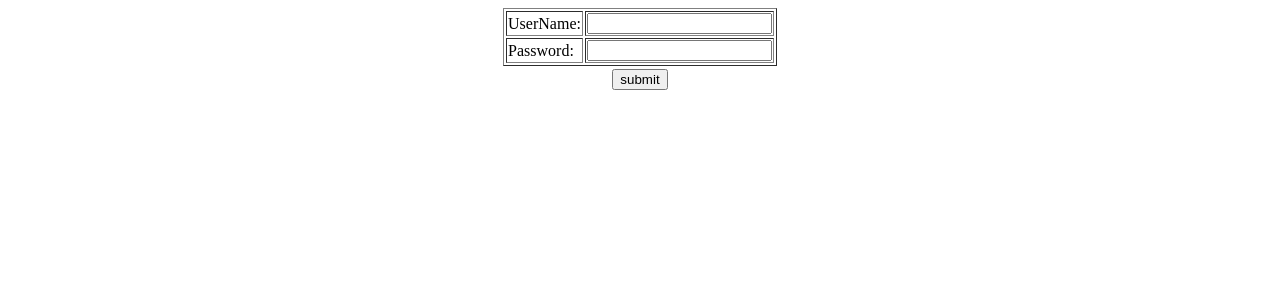
Repository: manish1905/MetaData_Details
Page: http://localhost/MetaData_Details/
These files come from the project's save history. The page is drawn as it stood at one moment and after the next save; the edit follows.
The browser window is 1280 px wide. The pictures show the whole page.
The page is served by Tomcat 9.

Above is the page before, as saved 2019-01-03 06:51:04.

After the next save:
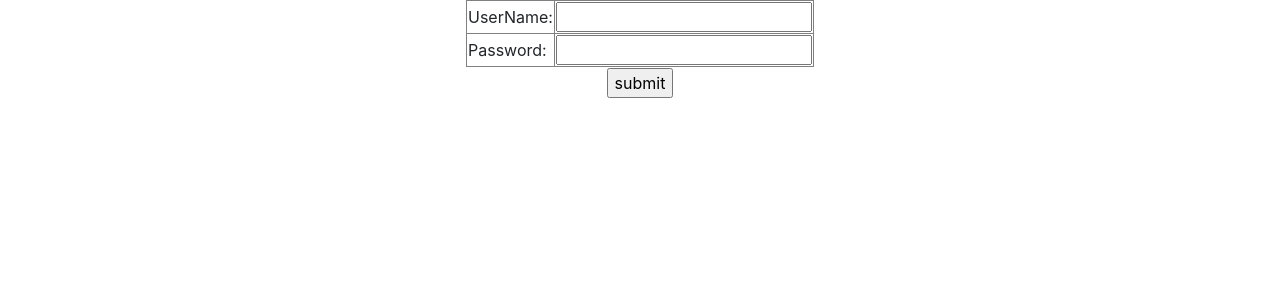
Console error: TypeError: Cannot read properties of undefined (reading 'fn')
Saved 11 min 17 s later.
--- a/MetaData_Details/web/index.jsp
+++ b/MetaData_Details/web/index.jsp
@@ -6,6 +6,8 @@
 <head>
 <meta charset="ISO-8859-1">
 <title>Welcome</title>
+<link href="//maxcdn.bootstrapcdn.com/bootstrap/4.1.1/css/bootstrap.min.css" rel="stylesheet" id="bootstrap-css">
+<script src="//maxcdn.bootstrapcdn.com/bootstrap/4.1.1/js/bootstrap.min.js"></script>
 <style>
 
 
